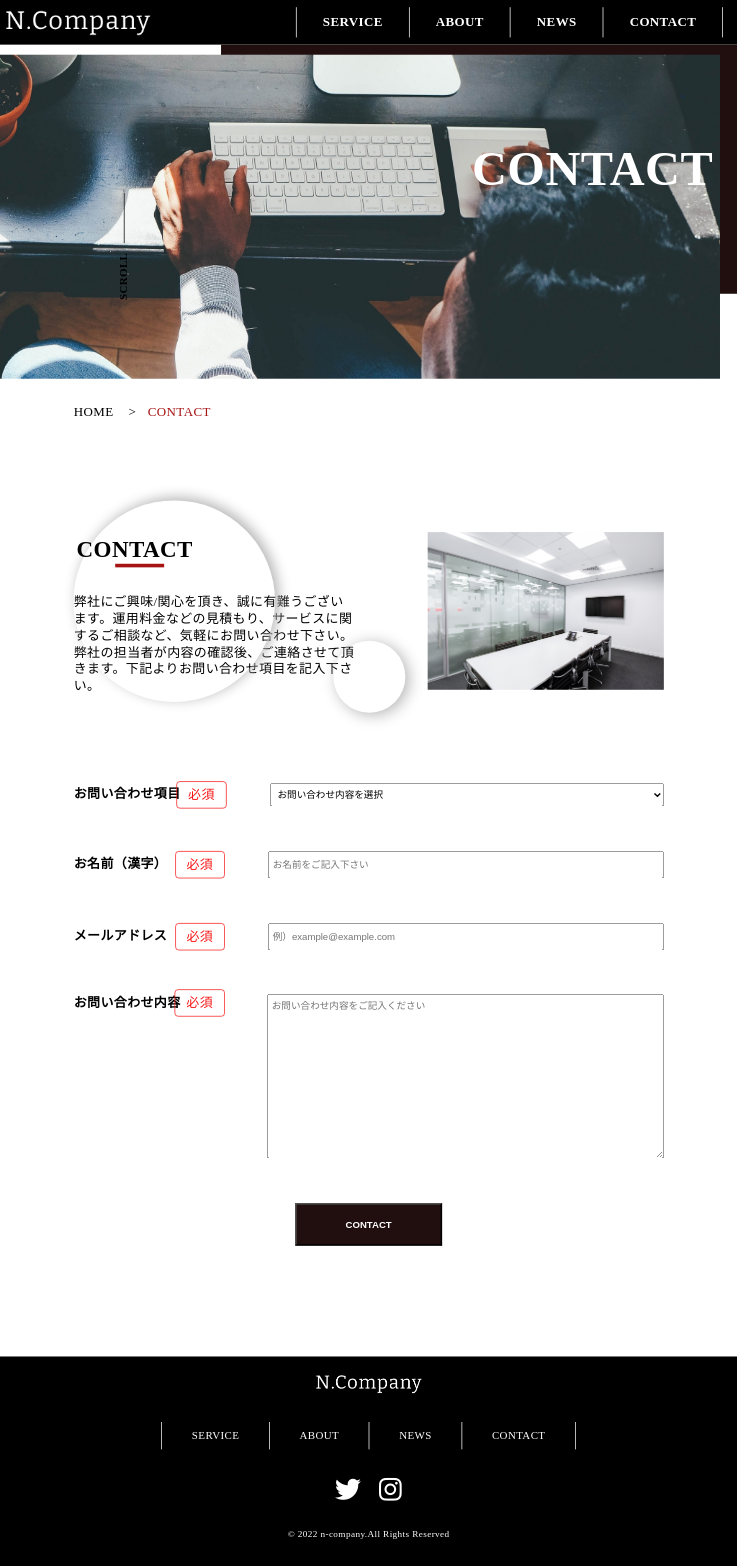
Repository: nozomi-23/hp2_test
Page: html/contact.html
The author's editor kept a copy of each file at every save. The page is drawn from the files as they stood at one save, then again after the next save.
The browser window is 1024 px wide. The pictures show the whole page, at 72% of full size.
Some web fonts or font styles are not loaded; a fallback is used. Some web libraries are served in a nearby version.

Above is the page before, as saved 2022-06-26 22:59:44.

### html/contact.html
<!DOCTYPE html>
<html lang="ja">

<head>
  <meta charset="UTF-8">
  <title>コンサル事業 N.Company</title>
  <meta name="description" content="専門知識豊富なコンサルタントチームがあらゆる経営課題を解決に導きます。">
  <meta name="keywords" content="コンサル,経営改善,サポート">
  <meta name="viewport" content="width=device-width, initial-scale=1.0">
  <meta property="og:title" content="コンサル事業 N.Company">
  <meta property="og:type" content="article">
  <meta property="og:url" content="https://withcode-plus.tech">
  <meta property="og:image" content="img/logo.png">
  <meta property="og:description" content="専門知識豊富なコンサルタントチームがあらゆる経営課題を解決に導きます。">
  <meta property="og:site_name" content="コンサル事業">
  <link rel="icon" href="favicon.ico">
  <link rel="apple-touch-icon" sizes="180x180" href="img/logo.png">
  <link rel="preconnect" href="https://fonts.googleapis.com">
  <link rel="preconnect" href="https://fonts.gstatic.com" crossorigin>
  <link rel="preconnect" href="https://fonts.googleapis.com">
  <link rel="preconnect" href="https://fonts.gstatic.com" crossorigin>
  <link rel="preconnect" href="https://fonts.googleapis.com">
  <link rel="preconnect" href="https://fonts.gstatic.com" crossorigin>
  <link href="https://fonts.googleapis.com/css2?family=Bitter:wght@300;400&display=swap" rel="stylesheet">
  <link href="https://fonts.googleapis.com/css2?family=Noto+Serif+JP:wght@400;500;700&display=swap" rel="stylesheet">
  <script src="https://kit.fontawesome.com/b17c2acbc6.js" crossorigin="anonymous"></script>
  <link rel="stylesheet" type="text/css" href="../css/reset.css">
  <link rel="stylesheet" type="text/css" href="../css/common1.css">
  <link rel="stylesheet" type="text/css" href="../css/common2.css">
  <link rel="stylesheet" type="text/css" href="../css/contact.css">
</head>

<body>
  <!-- ======== header ===== -->
  <header>
    <div class="header_inner">
      <h1 class="header_logo">
        <a href="../index.html"><img src="../img/logo.png" alt="ロゴ画像"></a>
      </h1>
      <nav class="header_nav">
        <ul>
          <li>
            <a href="../html/about.html">SERVICE</a>
          </li>
          <li>
            <a href="../html/about.html">ABOUT</a>
          </li>
          <li>
            <a href="../html/news.html">NEWS</a>
          </li>
          <li>
            <a href="#">CONTACT</a>
          </li>
        </ul>
      </nav>
    </div>
    <div class="drawer"></div>
  </header>
    <main>
  <!-- ======== fv ===== -->

  <section class="service_fv">
    <div class="service_fv_wrapper">
      <div class="service_fv_img">
        <img src="../img/contact_main.png" alt="メイン画像">
      </div>
      <div class="fv_txt_wrapper_2">
        <span class="top_arrow_txt">SCROLL</span>
      </div>
      <div class="fv_ttl_wrapper">
        <h2 class="service_fv_ttl">CONTACT</h2>
      </div>
    </div>
  </section>

  <!-- ======== パンくずリスト ===== -->

  <section class="breadcrumb section">
    <div class="inner">
      <ul class="breadcrumb_list">
        <li class="breadcrumb_item">
          <a href="../index.html"><span>HOME</span></a>
        </li>
        <li class="breadcrumb_item">
          <a href="#"><span class="color">CONTACT</span></a>
        </li>
      </ul>
    </div>
  </section>

  <!-- ======== contact ===== -->

  <div class="section contact_intro section">
    <div class="inner">
      <div class="contact_intro_wrapper">
        <div class="contact_intro_txt">
          <h3 class="section_ttl">CONTACT</h3>
          <p>弊社にご興味/関心を頂き、誠に有難うございます。運用料金などの見積もり、サービスに関するご相談など、気軽にお問い合わせ下さい。弊社の担当者が内容の確認後、ご連絡させて頂きます。下記よりお問い合わせ項目を記入下さい。</p>
        </div>
        <div class="contact_intro_img">
          <img src="../img/contact.png" alt="お問合せ画像">
        </div>
      </div>
        <form action="mail.php" class="contact_form" id="form" method="post">
          <div class="contact_box">
            <label for="name" class="contact_form_ttl">お問い合わせ項目</label>
            <select class="contact_form_box1" name="subject" required="required">
              <optgroup value>
                <option class="select_txt" value="プルダウンメニューで問い合わせ内容を選択" hidden>お問い合わせ内容を選択</option>
                <option class="select_txt" value="お見積もりについて">お見積もりについて</option>
                <option class="select_txt" value="カウンセリング予約について">カウンセリング予約について</option>
                <option class="select_txt" value="その他">その他</option>
              </optgroup>
            </select>
          </div>
          <div class="contact_box">
            <label for="name" class="contact_form_ttl">お名前（漢字）</label>
            <input type="text" class="contact_form_box2" name="" required="required" placeholder="お名前をご記入下さい">
          </div>
          <div class="contact_box">
            <label for="email" class="contact_form_ttl">メールアドレス</label>
            <input type="email" class="contact_form_box2" name="" required="required" placeholder="例）example@example.com">
          </div>
          <div class="contact_box _area">
            <label for="message" class="contact_form_ttl">お問い合わせ内容</label>
            <textarea name="message" class="contact_textarea" id="message" required="required"
              placeholder="お問い合わせ内容をご記入ください"></textarea>
          </div>
          <button type="submit" class="btn contact_btn1">CONTACT</button>
        </form>
    </div>
  </div>
</main>
  <!-- ======== footer ===== -->

  <footer>
    <div class="footer_logo">
      <a href="#">
        <img src="../img/logo.png" alt="ロゴ画像">
      </a>
    </div>
    <ul class="footer_list">
      <li>
        <a href="#">SERVICE</a>
      </li>
      <li>
        <a href="../html/about.html">ABOUT</a>
      </li>
      <li>
        <a href="../html/news.html">NEWS</a>
      </li>
      <li>
        <a href="../html/contact.html">CONTACT</a>
      </li>
    </ul>
    <ul class="footer_sns">
      <li class="sns_icon sns_icon1">
        <a href="https://twitter.com/nomoko_423">
          <i class="fa-brands fa-twitter"></i>
        </a>
      </li>
      <li class="sns_icon sns_icon2">
        <a href="#">
          <i class="fa-brands fa-instagram"></i>
        </a>
      </li>
    </ul>
    <small>©︎ 2022 n-company.All Rights Reserved</small>
  </footer>
</body>
<script src="https://ajax.googleapis.com/ajax/libs/jquery/3.5.1/jquery.min.js"></script>
<script type="text/javascript" src="js/common.js"></script>

</html>

### css/reset.css
@charset "UTF-8";

html,
body,
div,
span,
object,
iframe,
h1,
h2,
h3,
h4,
h5,
h6,
p,
blockquote,
pre,
abbr,
address,
cite,
code,
del,
dfn,
em,
img,
ins,
kbd,
q,
samp,
small,
strong,
sub,
sup,
var,
b,
i,
dl,
dt,
dd,
ol,
ul,
li,
fieldset,
form,
label,
legend,
table,
caption,
tbody,
tfoot,
thead,
tr,
th,
td,
article,
aside,
canvas,
details,
figcaption,
figure,
footer,
header,
hgroup,
menu,
nav,
section,
summary,
time,
mark,
audio,
video {
  margin: 0;
  padding: 0;
  border: 0;
  outline: 0;
  font-size: 100%;
  vertical-align: baseline;
  background: transparent;
}

body {
  line-height: 1;
}

article,
aside,
details,
figcaption,
figure,
footer,
header,
hgroup,
menu,
nav,
section {
  display: block;
}

nav ul {
  list-style: none;
}

blockquote,
q {
  quotes: none;
}

blockquote:before,
blockquote:after,
q:before,
q:after {
  content: '';
  content: none;
}

a {
  margin: 0;
  padding: 0;
  font-size: 100%;
  vertical-align: baseline;
  background: transparent;
}

/* change colours to suit your needs */
ins {
  background-color: #ff9;
  color: #000;
  text-decoration: none;
}

/* change colours to suit your needs */
mark {
  background-color: #ff9;
  color: #000;
  font-style: italic;
  font-weight: bold;
}

del {
  text-decoration: line-through;
}

abbr[title],
dfn[title] {
  border-bottom: 1px dotted;
  cursor: help;
}

table {
  border-collapse: collapse;
  border-spacing: 0;
}

/* change border colour to suit your needs */
hr {
  display: block;
  height: 1px;
  border: 0;
  border-top: 1px solid #cccccc;
  margin: 1em 0;
  padding: 0;
}

input,
select {
  vertical-align: middle;
}

### css/common1.css
@charset "UTF-8";

body {
  font-size: 18px;
  color: #000;
  letter-spacing: 0.03em;
  font-family: 'Noto Serif JP', serif;
  line-height: 1.3;
}
li {
  list-style: none;
}
a {
  text-decoration: none;
  cursor: pointer;
  color: #000;
}
/* =====================
共通レイアウト
========================*/

.section {
  margin: 15% 0;
  position: relative;
}

.inner {
  width: 80%;
  height: auto;
  margin: 0 auto;
  /* background-color: aqua; */
}

/* =====================
共通パーツ
========================*/

.section_ttl {
  position: relative;
  font-size: 2rem;
  font-weight: bold;
  display: inline-block;
  margin-bottom: 4.5%;
  padding: 1%;
}

.section_ttl::after {
  content: "";
  position: absolute;
  bottom: 0;
  left: 34%;
  display: inline-block;
  width: 40%;
  border-bottom: 5px solid #A71414;
}

.btn {
  width: 25%;
  margin: 0 auto;
}

.btn a {
  text-align: center;
  color: #fff;
  background: #210E0E;
  font-weight: bold;
  line-height: 4;
  display: block;
  width: 100%;
  height: 100%;
  cursor: pointer;
  transition: all 0.5s;
}

.btn a:hover {
  opacity: 0.8;
  transition: all 0.5s;
}
/* =====================
header
========================*/
header {
  background: #000;
}

.header_inner {
  display: flex;
  justify-content: space-between;
  align-items: center;
  padding: 0.7%;
}

.header_logo {
  width: 20%;
}
.header_logo img {
  width: 100%;
  height: 100%;
}

.header_nav {
  width: 60%;
  height: auto;
}

.header_nav ul {
  display: flex;
  align-items: center;
}

.header_nav ul li {
  padding: 1.5% 6%;
  border-left: solid 1px #fff;
}

.header_nav ul li:last-child {
  border-right: solid 1px #fff;
}

.header_nav ul li a {
  display: block;
  color: #fff;
  font-weight: bold;
}

.header_nav ul li a:hover {
  color: #AB9999;
}

header .drawer {
  visibility: hidden;
}

/* =====================
footer
========================*/

footer {
  background: #000;
  padding: 2%;
  text-align: center;
}

.footer_logo {
  margin: 0 auto;
  width: 15%;
  height: auto;
}

.footer_logo img {
  width: 100%;
  height: 100%;
}

.footer_list {
  width: 70%;
  height: auto;
  display: flex;
  justify-content: center;
  align-items: center;
  margin: 3.5% auto;
}

.footer_list li {
  padding: 1% 6%;
  border-left: solid 1px #fff;
}

.footer_list li:last-child {
  border-right: solid 1px #fff;
}

.footer_list li a {
  color: #fff;
  font-size: 0.95rem;
}

.footer_list li a:hover {
  color: #AB9999;
}

.footer_sns {
  display: flex;
  align-items: center;
  justify-content: center;
  margin: 3% 0;
}

.sns_icon.sns_icon1 {
  margin-right: 2.5%;
}

.sns_icon.sns_icon1,
.sns_icon.sns_icon2 {
  font-size: 2.25rem;
}
.sns_icon a {
  color: #fff;
}

.sns_icon {
  transition: 0.2s;
}

.sns_icon:hover {
  transition: 0.2s;
  transform: translateY(-5px);
}


footer small {
  color: #fff;
  font-size: 0.8rem;
  display: block;
  margin: 1.5% 0;
}

### css/common2.css
@charset "UTF-8";

/* =====================
fv
========================*/
.service_fv_wrapper {
  display: flex;
  position: relative;
}

.service_fv_img {
  position: absolute;
  z-index: 1;
  top: 4%;
  left: 0;
}

.service_fv_img img {
  width: 100%;
  height: 100%;
}

.fv_txt_wrapper_2 {
  position: relative;
  width: 30%;
  height: 68vh;
}

.fv_ttl_wrapper {
  width: 70%;
  height: 68vh;
  background: #210E0E;
  align-items: center;
  display: flex;

}

.service_fv_ttl {
  color: #fff;
  font-weight: bold;
  font-size: 4.2rem;
  margin-left: auto;
  padding-right: 0.5em;
  z-index: 3;
}

.top_arrow_txt {
  position: absolute;
  bottom: 4%;
  left: 45%;
  transform: rotate(270deg);
  font-weight: bold;
  font-size: 0.95rem;
  z-index: 3;
}

.top_arrow_txt::after {
  content: "";
  width: 70px;
  border-bottom: solid 1px;
  display: inline-block;
  position: absolute;
  bottom: 40%;
  left: 120%;
}

/* =====================
パンくずリスト
========================*/
.breadcrumb_list {
  display: flex;
}

.breadcrumb_item::after {
  content: ">";
  padding: 0 1rem;
}

.breadcrumb_item:last-child::after {
  content: "";
}

.breadcrumb_item .color {
  color: #A71414;
}

### css/contact.css
@charset "UTF-8";

/* =====================
contact
========================*/

.contact_intro_wrapper {
  position: relative;
  display: flex;
  justify-content: space-between;
  align-items: center;
}

.contact_intro_wrapper::before {
  content: "";
  position: absolute;
  top: -19%;
  left: 0;
  width: 280px;
  height: 280px;
  border-radius: 50%;
  box-shadow: 5px -4px 18px rgb(181, 181, 181);
}

.contact_intro_wrapper::after {
  content: "";
  position: absolute;
  top: 67%;
  left: 44%;
  width: 130px;
  height: 130px;
  border-radius: 50%;
  box-shadow: 5px 3px 20px rgb(181, 181, 181);
}

.contact_intro_txt {
  width: 48%;
  height: auto;
}

.contact_intro_txt p {
  margin-top: 1.2rem;
}

.contact_intro_img {
  width: 40%;
  height: auto;
}

.contact_intro_img img {
  width: 100%;
  height: 100%;
}
/* =====================
contact form
========================*/
.contact_form {
  margin-top: 15%;
}

.contact_box {
  display: flex;
  align-items: center;
  margin-bottom: 7.5%;
}

.contact_box._area {
  align-items: baseline;
}

.contact_form_box1,
.contact_form_box2 {
  height: 7.5vh;
  width: 70%;
  padding-left: 5px;
}

.contact_textarea {
  width: 70%;
  height: 30vh;
  padding: 5px;
}

.contact_form_ttl {
  width: 35%;
  height: 100%;
  font-weight: bold;
  position: relative;
}

.contact_form_ttl::after {
  content: "必須";
  position: absolute;
  top: 50%;
  left: 65%;
  transform: translate(-50%, -50%);
  color: #F81616;
  font-weight: normal;
  border: solid 1px #F81616;
  border-radius: 5px;
  width: 25%;
  text-align: center;
  line-height: 2;
}

.contact_btn1{
  text-align: center;
  margin: 0 auto;
  color: #fff;
  background: #210E0E;
  font-weight: bold;
  line-height: 4;
  display: block;
  width: 25%;
  height: 100%;
  cursor: pointer;
  transition: all 0.5s;
}

.contact_btn1:hover {
  opacity: 0.8;
  transition: all 0.5s;
}
/* =====================
レスポンシブ  1024
========================*/
@media screen and (max-width: 1024px) {
  .fv_txt_wrapper_2 {
    height: 48vh;
  }

  .fv_ttl_wrapper {
    height: 48vh;
  }

  .contact_intro_wrapper::after {
    width: 100px;
    height: 100px;
  }

  .contact_form_box1,
  .contact_form_box2  {
    height: 4.5vh;
  }

    contact_form_ttl::after {
    left: 75%;
  }
}

Loaded but not shown: js/common.js (no copy from this time; the picture is the same without it)

After the next save:
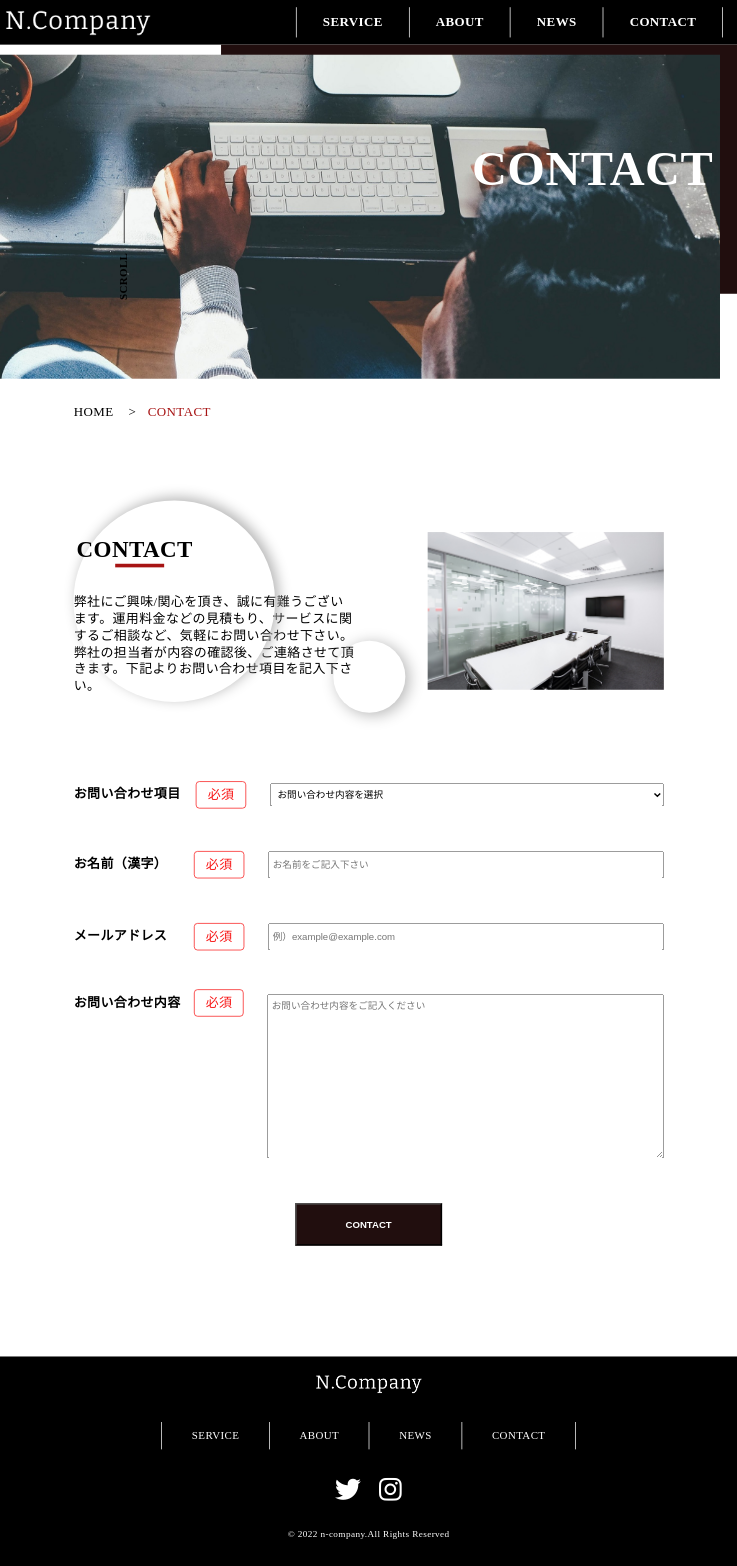
Saved 4 s later.
--- a/css/contact.css
+++ b/css/contact.css
@@ -143,7 +143,7 @@ contact form
     height: 4.5vh;
   }
 
-    contact_form_ttl::after {
+  .contact_form_ttl::after {
     left: 75%;
   }
 }
